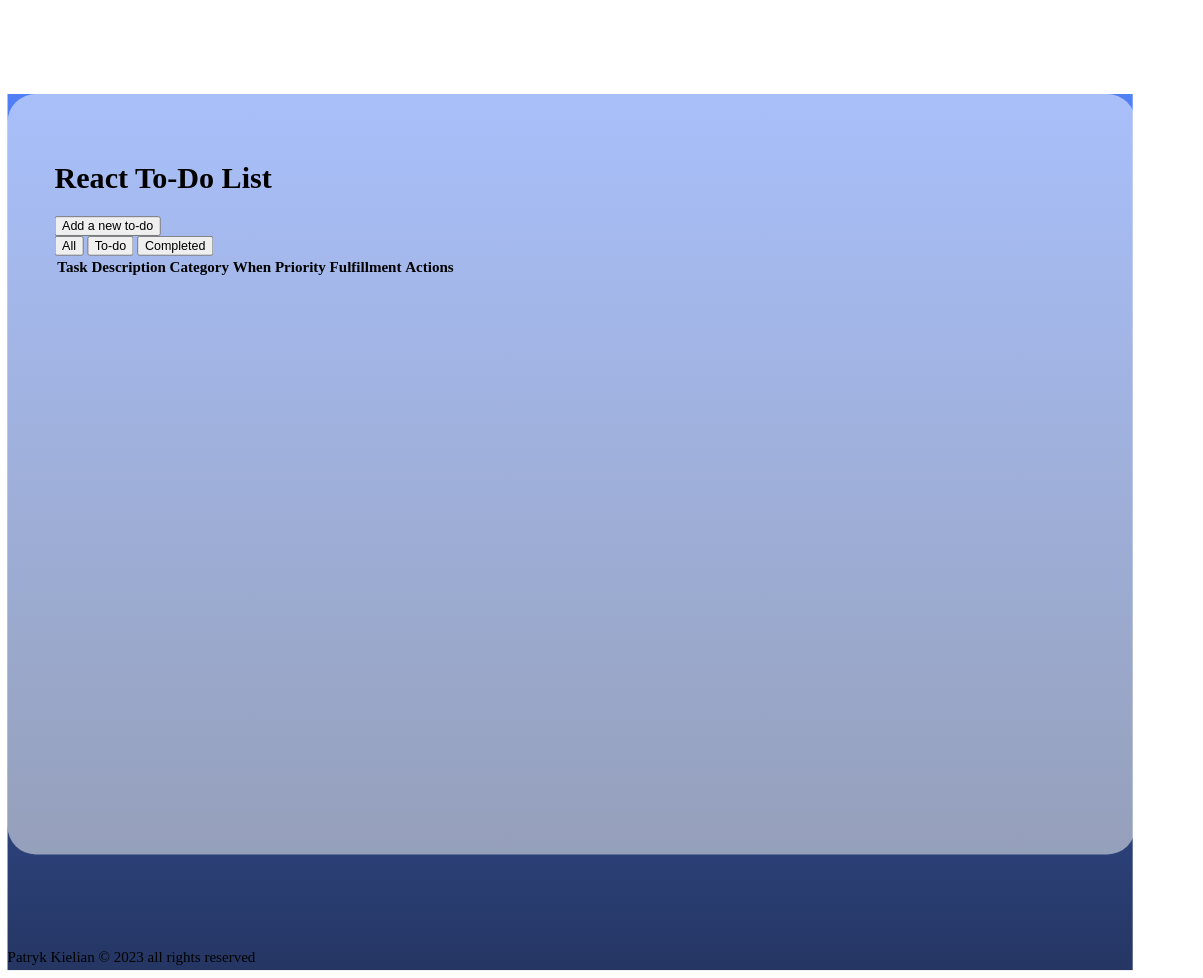
Repository: mirajane2/maquette-todo
Page: index.html
The author's editor kept a copy of each file at every save. The page is drawn from the files as they stood at one save, then again after the next save.
The browser window is 1280 px wide. The pictures show the whole page, at 94% of full size.

Above is the page before, as saved 2024-11-13 10:41:07.

### index.html
<!DOCTYPE html>
<html lang="fr">
<head>
    <meta charset="UTF-8">
    <meta name="viewport" content="width=device-width, initial-scale=1.0">
    <link rel="stylesheet" href="index.css">
    <title>Maquette Figma</title>
</head>
<body>
    <div class="container">
        <div class="content">
            <h1 class="titre">React To-Do List</h1>
            <div class="control">
                <button class="taches"> Add a new to-do</button>
                <div class="choix_selection">
                    <button class="show">All</button>
                    <button class="options">To-do</button>
                    <button class="options">Completed</button>
                </div>
            </div>

            <div class="table">
                <table>
                    <thead>
                        <tr>
                            <th>Task</th>
                            <th>Description</th>
                            <th>Category</th>
                            <th>When</th>
                            <th>Priority</th>
                            <th>Fulfillment</th>
                            <th>Actions</th>
                        </tr>
                    </thead>
                    <tbody class="valeur">
                        <script src="script.js"></script>
                    </tbody>
                </table>
            </div>
        </div>
        <footer>
            <p>Patryk Kielian © 2023 all rights reserved</p>
        </footer>
    </div>
</body>
</html>

### index.css
html{
    min-height: 100vh;
}

.container {
    background: linear-gradient(180deg, #517FF6, #253663);
    font: inherit;
    width: 1197px;
    height: 932px;
}

.content{
    width: 1100px;
    min-height: 709px;
    background-color: #FFFFFF80;
    border-radius: 30px;
    margin: 100px auto;
    padding: 50px;
}

Loaded but not shown: script.js (no stored copy; drawn as an empty file)

After the next save:
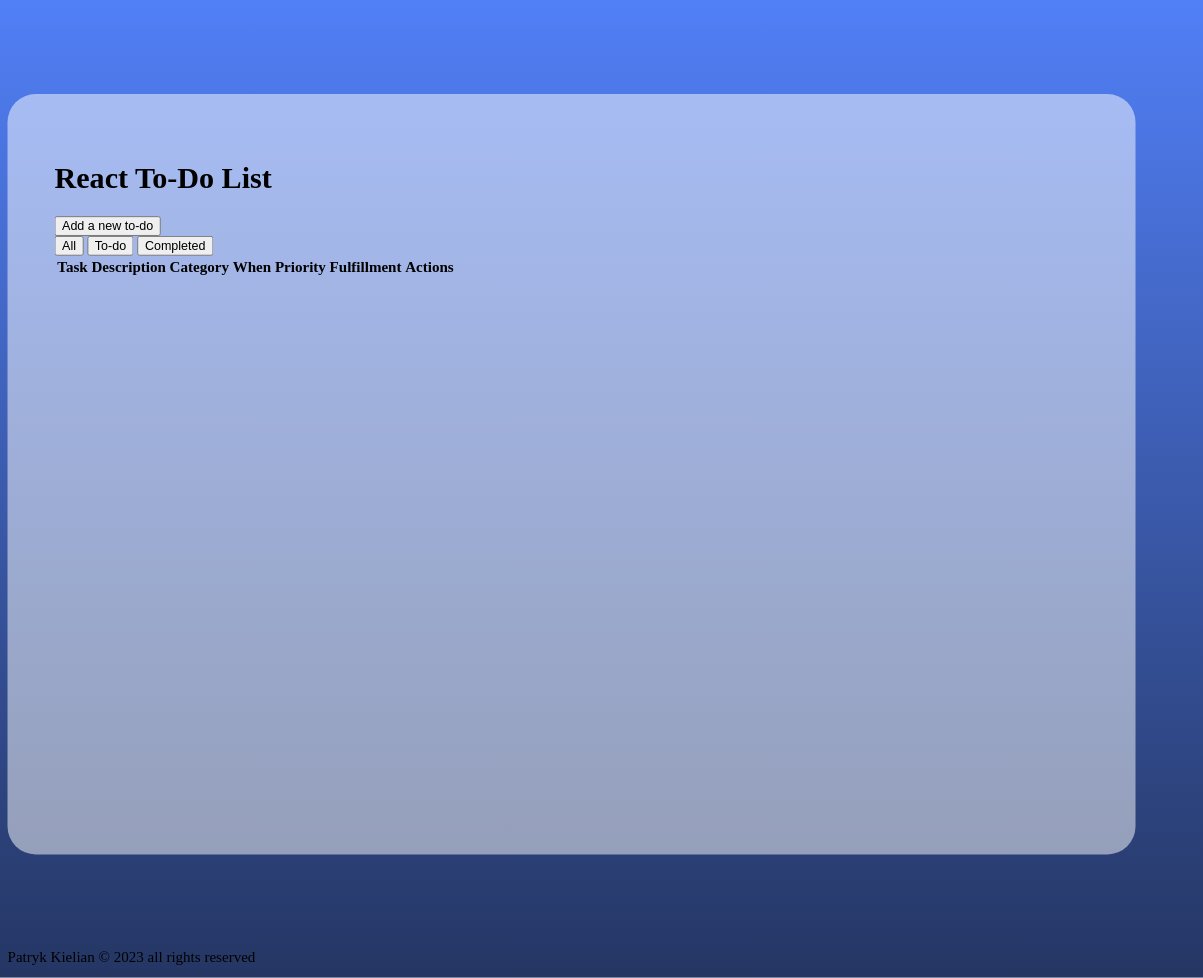
Saved 28 s later.
--- a/index.css
+++ b/index.css
@@ -1,9 +1,9 @@
 html{
     min-height: 100vh;
+    background: linear-gradient(180deg, #517FF6, #253663);
 }
 
 .container {
-    background: linear-gradient(180deg, #517FF6, #253663);
     font: inherit;
     width: 1197px;
     height: 932px;
